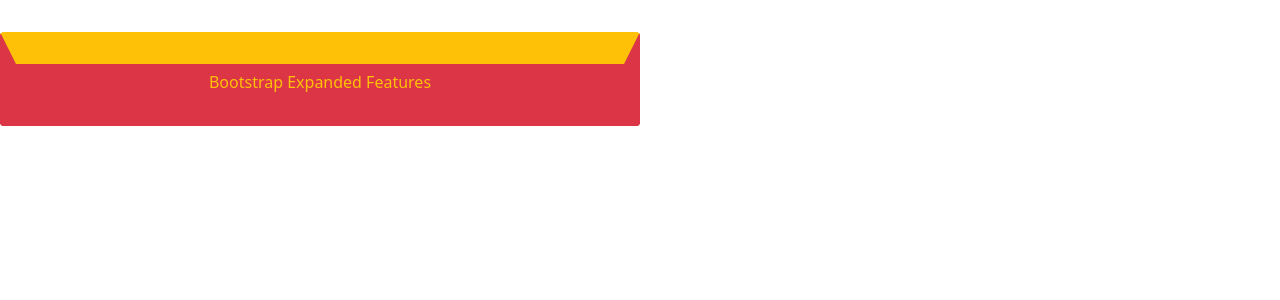
Repository: LynxPardelle/bootstrap-expanded-features
Page: index.html
The author's editor kept a copy of each file at every save. The page is drawn from the files as they stood at one save, then again after the next save.
The browser window is 1280 px wide. The pictures show the whole page.

Above is the page before, as saved 2021-12-31 02:19:23.

### index.html
<!DOCTYPE html>
<html lang="es">
  <head>
    <meta charset="UTF-8" />
    <meta http-equiv="X-UA-Compatible" content="IE=edge" />
    <meta name="viewport" content="width=device-width, initial-scale=1.0" />
    <title>Bootstrap Expanded Features</title>
    <link
      href="https://cdn.jsdelivr.net/npm/bootstrap@5.1.3/dist/css/bootstrap.min.css"
      rel="stylesheet"
      integrity="sha384-1BmE4kWBq78iYhFldvKuhfTAU6auU8tT94WrHftjDbrCEXSU1oBoqyl2QvZ6jIW3"
      crossorigin="anonymous"
    />
    <link rel="stylesheet" href="./style.css" />
  </head>
  <body>
    <h1
      class="
        text-center
        bfe-fs-16px
        bfe
        bfe-pb-16px
        bfe-my-16px
        bfe-my-md-2rem
        bfe-w-90per
        bfe-w-md-50vw
        bfe-text-primary
        bfe-text-sm-secondary
        bfe-text-md-warning
        bfe-bordercolort-warning
        bfe-borderstyle-solid
        bfe-border-16px
        bfe-bordert-2rem
        bfe-pt-666hm
        btn
        bfe-btn-danger
      "
    >
      Bootstrap Expanded Features
    </h1>

    <!--
Atributes:
w width
h height
wmax max-width
hmax max-height
wmin min-width
hmin min-height
rounded border-radius
z z-index
top top
bottom bottom
end left
start right
p padding
m margin
fs font-size

Sides:
s left
e right
t top
b bottom
x left & right
y top & bottom

BreakPoints:
sm 576
md 768
lg 992
xl 1200
xxl 1400
-->
    <script
      src="https://cdn.jsdelivr.net/npm/bootstrap@5.1.3/dist/js/bootstrap.bundle.min.js"
      integrity="sha384-ka7Sk0Gln4gmtz2MlQnikT1wXgYsOg+OMhuP+IlRH9sENBO0LRn5q+8nbTov4+1p"
      crossorigin="anonymous"
    ></script>
    <script src="./bootstrap-expanded-features.js"></script>
  </body>
</html>

Loaded but not shown: bootstrap-expanded-features.js (library); style.css (no stored copy; drawn as an empty file)

After the next save:
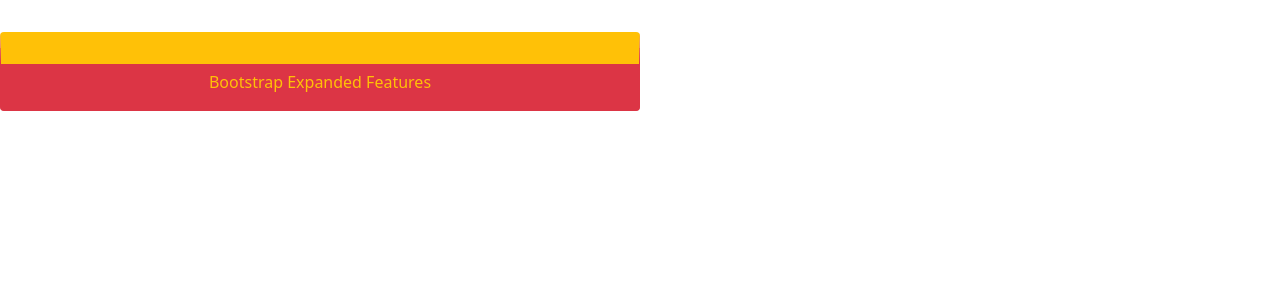
Saved 9 s later.
--- a/index.html
+++ b/index.html
@@ -29,7 +29,7 @@
         bfe-text-md-warning
         bfe-bordercolort-warning
         bfe-borderstyle-solid
-        bfe-border-16px
+        bfe-border-1px
         bfe-bordert-2rem
         bfe-pt-666hm
         btn
